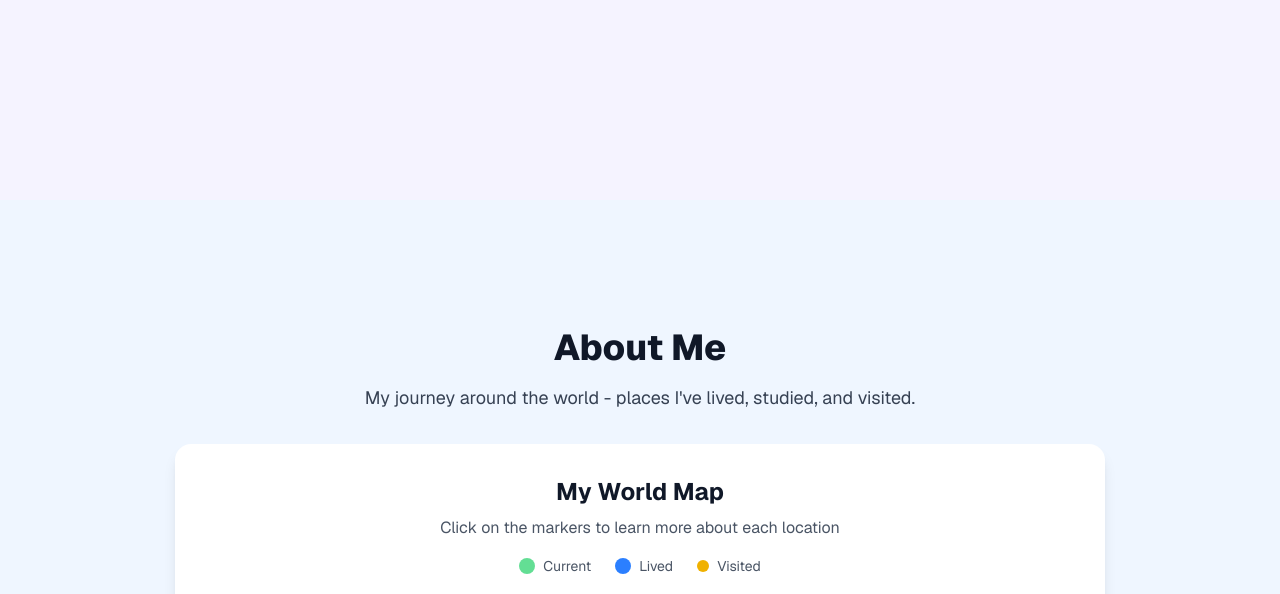
Repository: winniewyl/personal-portfolio
Page: /
The author's editor kept a copy of each file at every save. The page is drawn from the files as they stood at one save, then again after the next save.
The browser window is 1280 px wide. The pictures show the part of the page from y = 601 to 1195 px (the page is 5011 px tall before and 4265 px after).
Pictures or frames that could not be fetched are drawn as grey boxes. The project was rebuilt for these pictures with package versions that can differ from the ones it lists, and the page was loaded fresh each time. The framework's server and built-in components were replaced by stand-ins that run in the browser. Also part of the build but not shown: next.config.ts.

Above is the page before, as saved 2025-07-29 19:33:16.

### src/app/globals.css
@import 'tailwindcss';

:root {
  --background: #ffffff;
  --foreground: #171717;
}

@theme inline {
  --color-background: var(--background);
  --color-foreground: var(--foreground);
  --font-sans: var(--font-geist-sans);
  --font-mono: var(--font-geist-mono);
}

@media (prefers-color-scheme: dark) {
  :root {
    --background: #0a0a0a;
    --foreground: #ededed;
  }
}

html {
  scroll-behavior: smooth;
}

body {
  background: var(--background);
  color: var(--foreground);
  font-family: Arial, Helvetica, sans-serif;
}

/* Staggered Animation for Experience Cards */
@keyframes fade-in-up {
  from {
    opacity: 0;
    transform: translateY(2rem);
  }
  to {
    opacity: 1;
    transform: translateY(0);
  }
}

.animate-fade-in-up {
  animation: fade-in-up 0.8s ease-out;
}

/* Pulse animation for current location marker */
@keyframes pulse {
  0%, 100% {
    opacity: 1;
  }
  50% {
    opacity: 0.5;
  }
}

### src/components/About.tsx
'use client';

import React, { useState } from 'react';
import { MapContainer, TileLayer, Marker, Popup } from 'react-leaflet';
import 'leaflet/dist/leaflet.css';
import L from 'leaflet';

// Fix for default markers in react-leaflet
delete (L.Icon.Default.prototype as any)._getIconUrl;
L.Icon.Default.mergeOptions({
  iconRetinaUrl:
    'https://cdnjs.cloudflare.com/ajax/libs/leaflet/1.7.1/images/marker-icon-2x.png',
  iconUrl:
    'https://cdnjs.cloudflare.com/ajax/libs/leaflet/1.7.1/images/marker-icon.png',
  shadowUrl:
    'https://cdnjs.cloudflare.com/ajax/libs/leaflet/1.7.1/images/marker-shadow.png',
});

interface TravelLocation {
  id: string;
  name: string;
  country: string;
  coordinates: [number, number]; // [latitude, longitude]
  type: 'visited' | 'lived' | 'current';
  description?: string;
}

// You can add your visited countries and cities here
const travelLocations: TravelLocation[] = [
  // China - Lived
  {
    id: 'nanchang',
    name: 'Nanchang',
    country: 'China',
    coordinates: [28.682, 115.8579],
    type: 'lived',
    description: 'My hometown where I grew up',
  },
  {
    id: 'beijing',
    name: 'Beijing',
    country: 'China',
    coordinates: [39.9042, 116.4074],
    type: 'visited',
    description: 'Capital city of China',
  },
  {
    id: 'shanghai',
    name: 'Shanghai',
    country: 'China',
    coordinates: [31.2304, 121.4737],
    type: 'visited',
    description: 'Major financial and cultural center',
  },

  // USA - Lived and Current
  {
    id: 'boston',
    name: 'Boston',
    country: 'USA',
    coordinates: [42.3601, -71.0589],
    type: 'lived',
    description: 'Studied at Tufts University',
  },
  {
    id: 'west-lafayette',
    name: 'West Lafayette',
    country: 'USA',
    coordinates: [40.4237, -86.9212],
    type: 'current',
    description: 'Currently studying at Purdue University',
  },
  {
    id: 'new-york',
    name: 'New York',
    country: 'USA',
    coordinates: [40.7128, -74.006],
    type: 'visited',
    description: 'The Big Apple - visited for tourism',
  },
  {
    id: 'san-francisco',
    name: 'San Francisco',
    country: 'USA',
    coordinates: [37.7749, -122.4194],
    type: 'visited',
    description: 'Tech hub and cultural center',
  },

  // Australia - Visited
  {
    id: 'sydney',
    name: 'Sydney',
    country: 'Australia',
    coordinates: [-33.8688, 151.2093],
    type: 'visited',
    description: 'Beautiful harbor city and iconic Opera House',
  },
  {
    id: 'melbourne',
    name: 'Melbourne',
    country: 'Australia',
    coordinates: [-37.8136, 144.9631],
    type: 'visited',
    description: 'Cultural capital with great food scene',
  },

  // Switzerland - Visited
  {
    id: 'zurich',
    name: 'Zurich',
    country: 'Switzerland',
    coordinates: [47.3769, 8.5417],
    type: 'visited',
    description: 'Financial hub and cultural center',
  },
  {
    id: 'geneva',
    name: 'Geneva',
    country: 'Switzerland',
    coordinates: [46.2044, 6.1432],
    type: 'visited',
    description: 'International city with beautiful lake views',
  },

  // France - Visited
  {
    id: 'paris',
    name: 'Paris',
    country: 'France',
    coordinates: [48.8566, 2.3522],
    type: 'visited',
    description: 'City of Light - art, culture, and history',
  },
  {
    id: 'nice',
    name: 'Nice',
    country: 'France',
    coordinates: [43.7102, 7.262],
    type: 'visited',
    description: 'Beautiful French Riviera city',
  },
];

const About: React.FC = () => {
  const [selectedLocation, setSelectedLocation] =
    useState<TravelLocation | null>(null);

  const handleLocationClick = (location: TravelLocation) => {
    setSelectedLocation(location);
  };

  const getMarkerColor = (type: string) => {
    switch (type) {
      case 'current':
        return '#10B981'; // green-500
      case 'lived':
        return '#3B82F6'; // blue-500
      case 'visited':
        return '#F59E0B'; // yellow-500
      default:
        return '#6B7280'; // gray-500
    }
  };

  const getMarkerSize = (type: string) => {
    switch (type) {
      case 'current':
        return 20;
      case 'lived':
        return 16;
      case 'visited':
        return 12;
      default:
        return 12;
    }
  };

  // Create custom markers
  const createCustomIcon = (type: string) => {
    const color = getMarkerColor(type);
    const size = getMarkerSize(type);

    return L.divIcon({
      html: `
        <div style="
          width: ${size}px;
          height: ${size}px;
          background-color: ${color};
          border: 2px solid white;
          border-radius: 50%;
          box-shadow: 0 2px 4px rgba(0,0,0,0.3);
          display: flex;
          align-items: center;
          justify-content: center;
          ${type === 'current' ? 'animation: pulse 2s infinite;' : ''}
        ">
          <div style="
            width: ${size * 0.25}px;
            height: ${size * 0.25}px;
            background-color: white;
            border-radius: 50%;
          "></div>
        </div>
      `,
      className: 'custom-marker',
      iconSize: [size, size],
      iconAnchor: [size / 2, size / 2],
    });
  };

  return (
    <section className="w-full flex flex-col items-center">
      <h2 className="text-4xl font-extrabold text-center mb-4 mt-4 text-gray-900 dark:text-white">
        About Me
      </h2>
      <p className="text-lg text-center text-gray-700 dark:text-gray-300 max-w-2xl mb-8">
        My journey around the world - places I've lived, studied, and visited.
      </p>

      <div className="w-full max-w-6xl">
        {/* Interactive World Map */}
        <div className="relative bg-white dark:bg-[#232336] rounded-2xl shadow-lg p-8 mb-8">
          <div className="text-center mb-6">
            <h3 className="text-2xl font-bold text-gray-900 dark:text-white mb-2">
              My World Map
            </h3>
            <p className="text-gray-600 dark:text-gray-400 mb-4">
              Click on the markers to learn more about each location
            </p>

            {/* Legend */}
            <div className="flex justify-center space-x-6 text-sm">
              <div className="flex items-center">
                <div className="w-4 h-4 bg-green-500 rounded-full mr-2 animate-pulse"></div>
                <span className="text-gray-600 dark:text-gray-400">
                  Current
                </span>
              </div>
              <div className="flex items-center">
                <div className="w-4 h-4 bg-blue-500 rounded-full mr-2"></div>
                <span className="text-gray-600 dark:text-gray-400">Lived</span>
              </div>
              <div className="flex items-center">
                <div className="w-3 h-3 bg-yellow-500 rounded-full mr-2"></div>
                <span className="text-gray-600 dark:text-gray-400">
                  Visited
                </span>
              </div>
            </div>
          </div>

          {/* Leaflet Map Container */}
          <div className="w-full h-96 rounded-xl overflow-hidden border border-gray-200 dark:border-gray-700">
            <MapContainer
              center={[20, 0]}
              zoom={2}
              style={{ height: '100%', width: '100%' }}
              className="z-0"
            >
              <TileLayer
                attribution='&copy; <a href="https://www.openstreetmap.org/copyright">OpenStreetMap</a> contributors'
                url="https://{s}.tile.openstreetmap.org/{z}/{x}/{y}.png"
              />

              {/* Location Markers */}
              {travelLocations.map((location) => (
                <Marker
                  key={location.id}
                  position={location.coordinates}
                  icon={createCustomIcon(location.type)}
                  eventHandlers={{
                    click: () => handleLocationClick(location),
                  }}
                >
                  <Popup>
                    <div className="text-center">
                      <h4 className="font-bold text-gray-900 mb-1">
                        {location.name}
                      </h4>
                      <p className="text-blue-600 font-medium text-sm mb-1">
                        {location.country}
                      </p>
                      {location.description && (
                        <p className="text-gray-700 text-sm">
                          {location.description}
                        </p>
                      )}
                    </div>
                  </Popup>
                </Marker>
              ))}
            </MapContainer>
          </div>

          {/* Location Details Panel */}
          {selectedLocation && (
            <div className="mt-6 p-6 bg-blue-50 dark:bg-blue-900/20 rounded-xl border border-blue-200 dark:border-blue-700">
              <div className="flex items-start justify-between">
                <div>
                  <h4 className="text-xl font-bold text-gray-900 dark:text-white mb-2">
                    {selectedLocation.name}
                  </h4>
                  <p className="text-blue-600 dark:text-blue-400 font-medium mb-1">
                    {selectedLocation.country}
                  </p>
                  {selectedLocation.description && (
                    <p className="text-gray-700 dark:text-gray-300">
                      {selectedLocation.description}
                    </p>
                  )}
                </div>
                <button
                  onClick={() => setSelectedLocation(null)}
                  className="text-gray-400 hover:text-gray-600 dark:hover:text-gray-300 transition-colors"
                >
                  <svg
                    className="w-6 h-6"
                    fill="none"
                    stroke="currentColor"
                    viewBox="0 0 24 24"
                  >
                    <path
                      strokeLinecap="round"
                      strokeLinejoin="round"
                      strokeWidth={2}
                      d="M6 18L18 6M6 6l12 12"
                    />
                  </svg>
                </button>
              </div>
            </div>
          )}
        </div>

        {/* Travel Summary */}
        <div className="grid grid-cols-1 md:grid-cols-2 lg:grid-cols-3 gap-6">
          {travelLocations.map((location) => (
            <div
              key={location.id}
              className="bg-white dark:bg-[#232336] rounded-xl p-6 shadow-md border border-gray-100 dark:border-gray-700 hover:shadow-lg transition-shadow cursor-pointer"
              onClick={() => handleLocationClick(location)}
            >
              <div className="flex items-center mb-3">
                <div
                  className={`w-3 h-3 rounded-full mr-3 ${
                    location.type === 'current'
                      ? 'bg-green-500 animate-pulse'
                      : location.type === 'lived'
                      ? 'bg-blue-500'
                      : 'bg-yellow-500'
                  }`}
                ></div>
                <h4 className="font-semibold text-gray-900 dark:text-white">
                  {location.name}
                </h4>
              </div>
              <p className="text-sm text-gray-600 dark:text-gray-400 mb-2">
                {location.country}
              </p>
              {location.description && (
                <p className="text-xs text-gray-500 dark:text-gray-500">
                  {location.description}
                </p>
              )}
            </div>
          ))}
        </div>
      </div>
    </section>
  );
};

export default About;

Loaded but not shown: src/app/layout.tsx (common file); src/app/page.tsx (632 lines, source omitted)

After the next save:
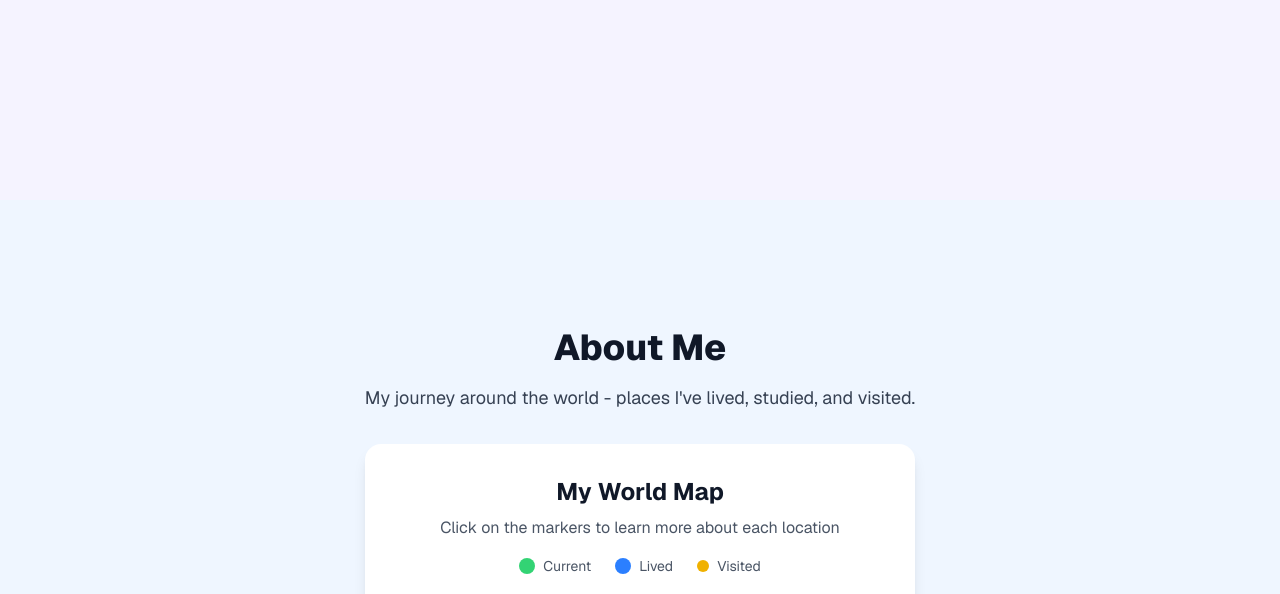
Saved 3 min 52 s later.
--- a/src/components/About.tsx
+++ b/src/components/About.tsx
@@ -332,40 +332,6 @@ const About: React.FC = () => {
             </div>
           )}
         </div>
-
-        {/* Travel Summary */}
-        <div className="grid grid-cols-1 md:grid-cols-2 lg:grid-cols-3 gap-6">
-          {travelLocations.map((location) => (
-            <div
-              key={location.id}
-              className="bg-white dark:bg-[#232336] rounded-xl p-6 shadow-md border border-gray-100 dark:border-gray-700 hover:shadow-lg transition-shadow cursor-pointer"
-              onClick={() => handleLocationClick(location)}
-            >
-              <div className="flex items-center mb-3">
-                <div
-                  className={`w-3 h-3 rounded-full mr-3 ${
-                    location.type === 'current'
-                      ? 'bg-green-500 animate-pulse'
-                      : location.type === 'lived'
-                      ? 'bg-blue-500'
-                      : 'bg-yellow-500'
-                  }`}
-                ></div>
-                <h4 className="font-semibold text-gray-900 dark:text-white">
-                  {location.name}
-                </h4>
-              </div>
-              <p className="text-sm text-gray-600 dark:text-gray-400 mb-2">
-                {location.country}
-              </p>
-              {location.description && (
-                <p className="text-xs text-gray-500 dark:text-gray-500">
-                  {location.description}
-                </p>
-              )}
-            </div>
-          ))}
-        </div>
       </div>
     </section>
   );
